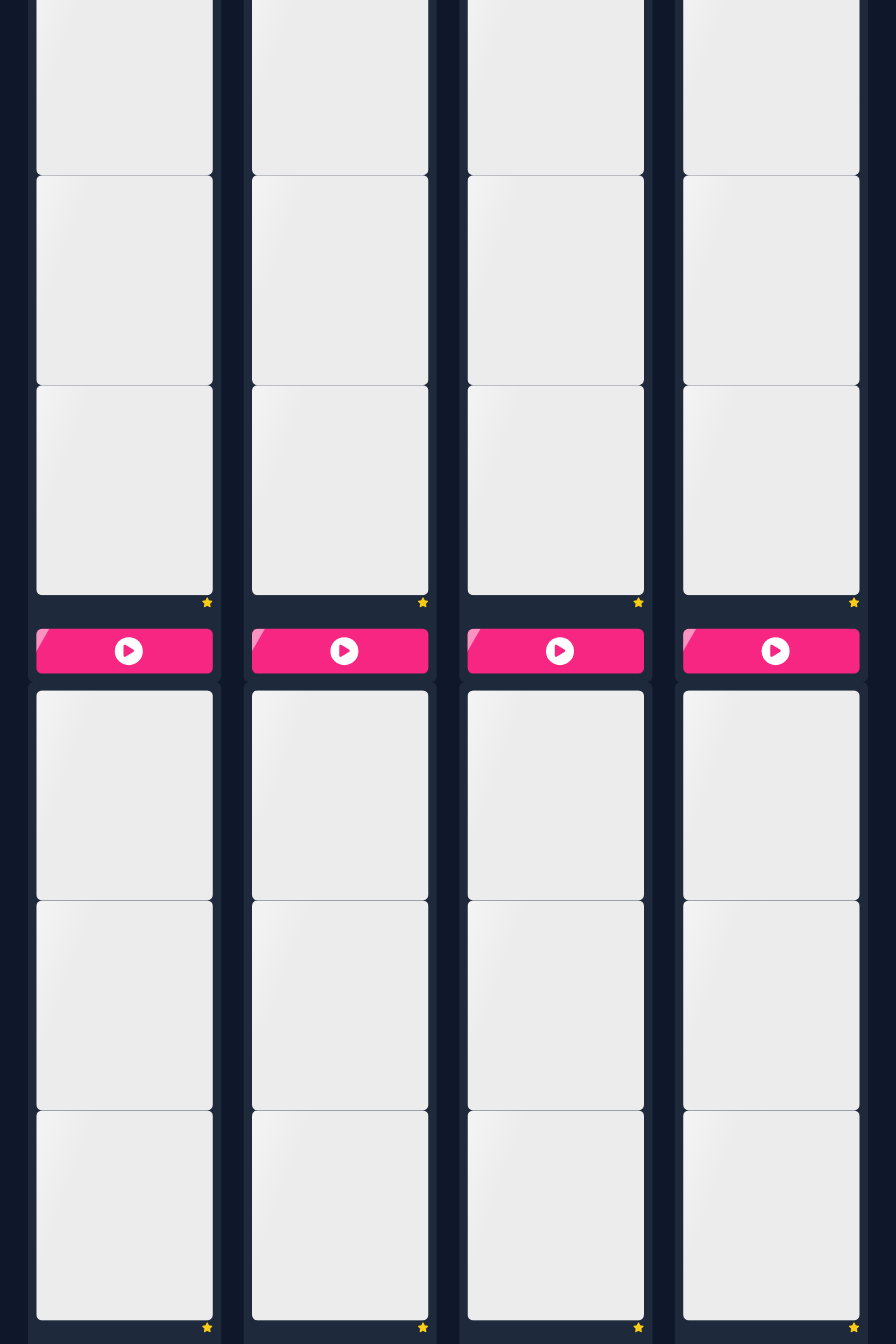
Repository: Linhyum/react-simple-movie
Page: /
These files come from the project's save history. The page is drawn as it stood at one moment and after the next save; the edit follows.
The browser window is 1280 px wide. The pictures show the part of the page from y = 946 to 2866 px (the page is 7492 px tall before and 3892 px after), at 70% of full size.
The page's requests for data from a server got no answer. The project was rebuilt for these pictures with package versions that can differ from the ones it lists, and the page was loaded fresh each time. No one was signed in, and anything a server would have sent is missing.

Above is the page before, as saved 2023-04-02 21:03:07.

After the next save:
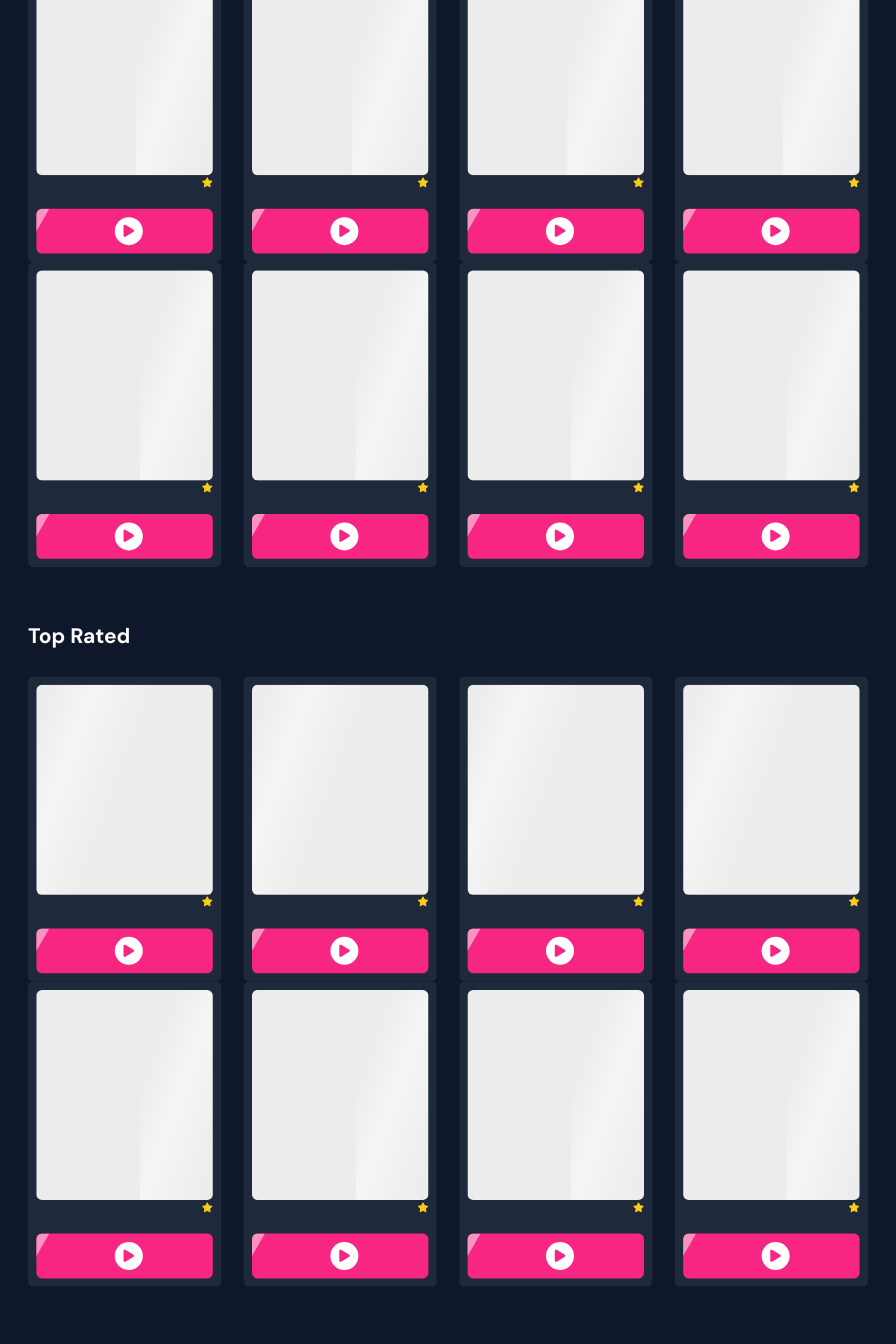
Saved 16 s later.
--- a/src/components/movie/MovieCard.js
+++ b/src/components/movie/MovieCard.js
@@ -43,8 +43,6 @@ export function MovieCardSkeleton() {
     return (
         <div className="movie-card text-white hover:shadow-lg hover:shadow-primary transition-all duration-300 rounded-lg p-3 bg-slate-800 select-none">
             <LoadingSkeleton height="300px" radius="8px"></LoadingSkeleton>
-            <LoadingSkeleton height="300px" radius="8px"></LoadingSkeleton>
-            <LoadingSkeleton height="300px" radius="8px"></LoadingSkeleton>
             <div className="flex items-center justify-between text-sm  mb-7">
                 <span className="opacity-50"></span>
                 <div className="flex items-center gap-x-2">
